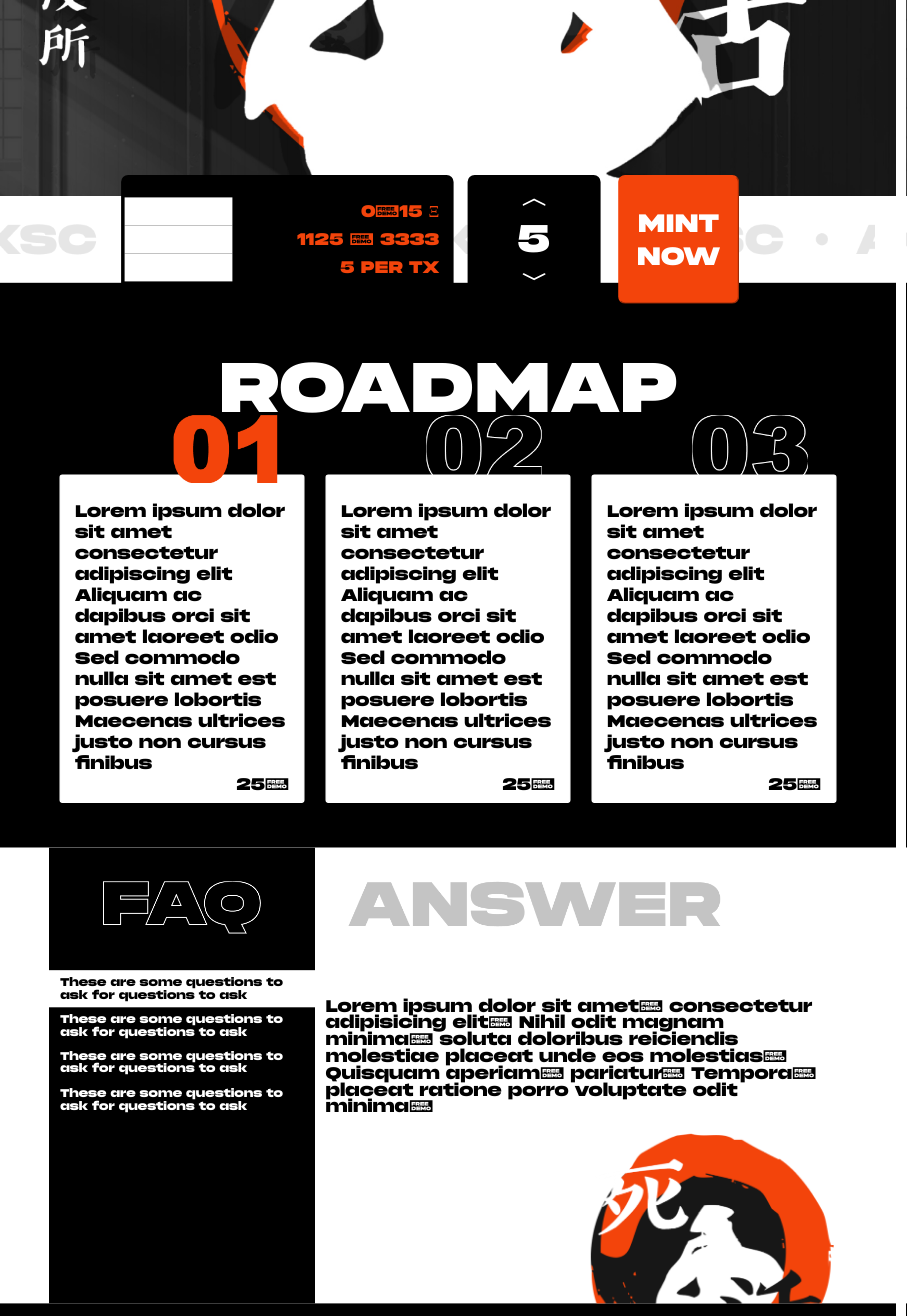
Repository: danishmahmoodawan/Sneakpeak
Page: /
The author's editor kept a copy of each file at every save. The page is drawn from the files as they stood at one save, then again after the next save.
The browser window is 1280 px wide. The page is 1295 px wide, so the pictures cover 1295 px, including what lies to the right of the window. The pictures show the part of the page from y = 490 to 2370 px (the page is 3252 px tall before and 3268 px after), at 70% of full size.
The project was rebuilt for these pictures with package versions that can differ from the ones it lists, and the page was loaded fresh each time.

Above is the page before, as saved 2022-02-28 22:20:21.

### public/index.html
<!DOCTYPE html>
<html lang="en">
  <head>
    <meta charset="utf-8" />
    <meta name="viewport" content="width=device-width, initial-scale=1" />
    <link rel="stylesheet" href="https://cdnjs.cloudflare.com/ajax/libs/twitter-bootstrap/4.6.0/css/bootstrap.min.css">
	<link rel="stylesheet" href="https://cdnjs.cloudflare.com/ajax/libs/font-awesome/5.15.4/css/all.min.css">
	<link rel="stylesheet" href="assets/css/style.css">
	<title>SneakPeak</title>
  </head>
  <body>
    <noscript>You need to enable JavaScript to run this app.</noscript>
    <div id="root"></div>
	<script src="https://cdnjs.cloudflare.com/ajax/libs/jquery/3.5.1/jquery.slim.min.js"></script>
	<script src="https://cdnjs.cloudflare.com/ajax/libs/popper.js/1.16.1/umd/popper.min.js"></script>
  <script src="https://cdnjs.cloudflare.com/ajax/libs/twitter-bootstrap/4.6.0/js/bootstrap.min.js"></script>
  <link rel="stylesheet" href="https://fonts.googleapis.com/css2?family=Inter:wght@100;200;300;400;500;600;700;800;900&display=swap"/>
  <link rel="stylesheet" href="https://fonts.googleapis.com/css2?family=VT323:wght@400&display=swap"/>
  </body>
</html>

### src/App.js
import Home from "./pages/Home";

function App() {
  return (
    <div>
      <Home />
    </div>
  );
}

export default App;

### src/pages/Home.js

import { useState, useEffect } from 'react';
function Home() {

  return (
   <>
 <section className="top_section">
            <div className="container">
                <div className="row">
                    <div className="col-12 text-center top_image">
                        <div className="social_div">
                            <img src="assets/images/ICON_INSTA24.png" alt="ICON_INSTA24" className="desktop_image"/>
                            <img src="assets/images/ICON_MEDIUM25.png" alt="ICON_MEDIUM25" className="desktop_image"/>
                            <img src="assets/images/ICON_OS26.png" alt="ICON_OS26" className="desktop_image"/>
                            <img src="assets/images/ICON_TWITTER27.png" alt="ICON_TWITTER27" className="desktop_image"/>
                            <img src="assets/images/ICON_DISCORD28.png" alt="ICON_DISCORD28" className="desktop_image"/>
                        </div>
                    </div>
                </div>
            </div>
        </section>
        <section className="first_section"></section>

        <section className="second_section">
            <div className="container">
                <div className="row d-flex align-items-center justify-content-center">
                    <div className="col-12 col-md-5 left_sec_col img_col">
                        <div className="row">
                          <div className="col-12 right_inner_sec_col row_set_whi">
                                <div className="row">
                                    <div className="col-4 col_white">
                                        <p>PRICE</p>
                                    </div>
                                    <div className="col-8 col_black">
                                        <p>0.15 Ξ</p>
                                    </div>
                                </div>
                                <div className="row">
                                    <div className="col-4 col_white">
                                        <p>TOTAL</p>
                                    </div>
                                    <div className="col-8 col_black">
                                        <p>1125 / 3333</p>
                                    </div>
                                </div>
                                <div className="row">
                                    <div className="col-4 col_white">
                                        <p>LIMIT</p>
                                    </div>
                                    <div className="col-8 col_black">
                                        <p>5 PER TX</p>
                                    </div>
                                </div>
                            </div>
                        </div>

                    </div>
                    <div className="col-12 col-md-2 left_sec_col text-center">
                        <div className="row"><div className="col-12 icon_size p-0"> <a href="#" target={{target:"_blank"}}> <svg xmlns="http://www.w3.org/2000/svg" width="50" height="40" fill="currentColor" className="bi bi-chevron-compact-up" viewBox="0 0 16 16">
  <path fill-rule="evenodd" d="M7.776 5.553a.5.5 0 0 1 .448 0l6 3a.5.5 0 1 1-.448.894L8 6.56 2.224 9.447a.5.5 0 1 1-.448-.894l6-3z"/>
</svg></a></div>
 </div>
                        <div className="row"><div className="col-12 icon_size p-0"><span class="counts"> 5 </span></div> </div>
                        <div className="row"><div className="col-12 icon_size p-0"><a href="#" target={{target:"_blank"}}> <svg xmlns="http://www.w3.org/2000/svg" width="50" height="40" fill="currentColor" className="bi bi-chevron-compact-down" viewBox="0 0 16 16">
  <path fill-rule="evenodd" d="M1.553 6.776a.5.5 0 0 1 .67-.223L8 9.44l5.776-2.888a.5.5 0 1 1 .448.894l-6 3a.5.5 0 0 1-.448 0l-6-3a.5.5 0 0 1-.223-.67z"/>
</svg></a></div>
 </div>
                    </div>
                    <div className="col-12 col-md-2 mintbtns right_col">
                    <button classname=" m-2">MINT <br /> NOW</button>
                    </div>
                </div>
            </div>
        </section>

        <section className="third_section roadmapSec">
            <div className="container">
                <div className="row third_row">
                <div className="col-12 "><h1>ROADMAP</h1></div>
                 </div>
                 <div className="row set_map">
                 <div className="col-sm-12 col-md-4">
                 <div className="btn map_one maptwo btn-primary position-relative">
             <p>    Lorem ipsum dolor sit amet consectetur adipiscing elit Aliquam ac dapibus orci sit amet laoreet odio Sed commodo nulla sit amet est posuere lobortis Maecenas ultrices justo non cursus finibus </p>
  <span class="position-absolute top-0 start-100 translate-middle badge rounded-pill set_ict">
  <img src="assets/images/01.png" alt="PREVIEW_Artboard321293" className="desktop122_image" />
  </span>
  <p className="text-right">25%</p>
</div>
                 </div>
                 <div className="col-sm-12 col-md-4">
                 <div className="btn map_one maptwo btn-primary position-relative">
             <p>    Lorem ipsum dolor sit amet consectetur adipiscing elit Aliquam ac dapibus orci sit amet laoreet odio Sed commodo nulla sit amet est posuere lobortis Maecenas ultrices justo non cursus finibus </p>
  <span class="position-absolute top-0 start-100 translate-middle badge rounded-pill set_ict">
  <img src="assets/images/02.png" alt="PREVIEW_Artboard321293" className="desktop122_image" />
  </span>
  <p className="text-right">25%</p>
</div>
                 </div>
                 <div className="col-sm-12 col-md-4">
                 <div className="btn map_one maptwo btn-primary position-relative">
             <p>    Lorem ipsum dolor sit amet consectetur adipiscing elit Aliquam ac dapibus orci sit amet laoreet odio Sed commodo nulla sit amet est posuere lobortis Maecenas ultrices justo non cursus finibus </p>
  <span class="position-absolute top-0 start-100 translate-middle badge rounded-pill set_ict">
  <img src="assets/images/03.png" alt="PREVIEW_Artboard321293" className="desktop122_image" />
  </span>
  <p className="text-right">25%</p>
</div>
                 </div>
                 </div>
             </div>
        </section>
        <section className="forth_section faq_container">
            <div className="container">
            <div className="row">
            <div className="col-4 faq_col p-5">
            <img src="assets/images/faq.png" alt="PREVIEW_Artboard321293" className="desktop122_image" />
</div>
            <div className="col-8 p-5">
            <img src="assets/images/answer.png" alt="PREVIEW_Artboard321293" className="desktop122_image" />
            </div>
            </div>



<div className="row">
<div className="col-md-4 bg_link faq_tabss p-0">

    <ul className="nav md-pills pills-secondary d-flex flex-column">
      <li className="nav-item">
        <a className="nav-link active" data-toggle="tab" href="#panel11" role="tab">These are some questions to ask for questions to ask</a>
      </li>
      <li className="nav-item">
        <a className="nav-link" data-toggle="tab" href="#panel12" role="tab">These are some questions to ask for questions to ask</a>
      </li>
      <li className="nav-item">
        <a className="nav-link" data-toggle="tab" href="#panel13" role="tab">These are some questions to ask for questions to ask</a>
      </li>
      <li className="nav-item">
        <a className="nav-link" data-toggle="tab" href="#panel14" role="tab">These are some questions to ask for questions to ask</a>
      </li>
    </ul>

  </div>
  <div className="col-md-8 logo_ns">

    <div className="tab-content pt-0">

      <div className="tab-pane fade in show active" id="panel11" role="tabpanel">
        <br />

        <p>Lorem ipsum dolor sit amet, consectetur adipisicing elit. Nihil odit magnam minima, soluta doloribus
          reiciendis molestiae placeat unde eos molestias. Quisquam aperiam, pariatur. Tempora, placeat ratione
          porro voluptate odit minima.</p>
          <img src="assets/images/logo_set.png" alt="LOGO" className="desktop122_image" />


      </div>
      <div className="tab-pane fade" id="panel12" role="tabpanel">
        <br />

        <p>Lorem ipsum dolor sit amet, consectetur adipisicing elit. Nihil odit magnam minima, soluta doloribus
          reiciendis molestiae placeat unde eos molestias. Quisquam aperiam, pariatur. Tempora, placeat ratione
          porro voluptate odit minima.</p>
        <p>Lorem ipsum dolor sit amet, consectetur adipisicing elit. Nihil odit magnam minima, soluta doloribus
          reiciendis molestiae placeat unde eos molestias. Quisquam aperiam, pariatur. Tempora, placeat ratione
          porro voluptate odit minima.</p>

      </div>
      <div className="tab-pane fade" id="panel13" role="tabpanel">
        <br />

        <p>Lorem ipsum dolor sit amet, consectetur adipisicing elit. Nihil odit magnam minima, soluta doloribus
          reiciendis molestiae placeat unde eos molestias. Quisquam aperiam, pariatur. Tempora, placeat ratione
          porro voluptate odit minima.</p>
          <img src="assets/images/logo_set.png" alt="LOGO" className="desktop122_image" />


      </div>
      <div className="tab-pane fade" id="panel14" role="tabpanel">
        <br />

        <p>Lorem ipsum dolor sit amet, consectetur adipisicing elit. Nihil odit magnam minima, soluta doloribus
          reiciendis molestiae placeat unde eos molestias. Quisquam aperiam, pariatur. Tempora, placeat ratione
          porro voluptate odit minima.</p>
        <p>Lorem ipsum dolor sit amet, consectetur adipisicing elit. Nihil odit magnam minima, soluta doloribus
          reiciendis molestiae placeat unde eos molestias. Quisquam aperiam, pariatur. Tempora, placeat ratione
          porro voluptate odit minima.</p>

      </div>


    </div>


</div>

</div>
</div>


        </section>

        <section className="fifth_section">
            <div className="container-fluid fifth_container">
            <div className="row"><div className="col-12">
                <h2 className="road_map">SNEAKPEEK</h2>
            </div></div></div>
        </section>
        <section className="six_section">
            <div className="container-fluid">
            <div className="row">
            <div className="col-4">
            <img src="assets/images/char_img.png" alt="char_img" className="desktop122_image" />
            </div>
            <div className="col-4">
            <img src="assets/images/char_img.png" alt="char_img" className="desktop122_image" />
            </div>
            <div className="col-4">
            <img src="assets/images/char_img.png" alt="char_img" className="desktop122_image" />
            </div>

            </div>
            </div>
        </section>
        <section>
        <div className="row">
            <div className="col-12">
            <div class="empty_div"> </div>
            </div>
            <div className="col-12">
            <div class="empty_divs"> </div>
            </div>
            </div>
        </section>
        <section className="section_seven">
        <div className="container">
        <div className="row">
            <div className="col-4 col_white ">
            <img src="assets/images/project_name.png" alt="char_img" className="desktop122_image" />
            </div>
            </div>
            </div>
        </section>

	</>
  );
}

export default Home;

### public/assets/css/style.css
html {
  font-family: Inter;
  font-size: 16px;
}
body{
  overflow-x: hidden;
}
@font-face {
  font-family: 'Phonk-cont';
  src: url('../fonts/Phonk-ContrastDEMO.ttf');
}
@font-face {
  font-family: 'Phonk-regular';
  src: url('../fonts/Phonk-ReguularDEMO.ttf');
}
body {
  font-weight: 400;
  font-style:normal;
  text-decoration: none;
  text-transform: none;
  letter-spacing: normal;
  line-height: 1.15;
  color: var(--dl-color-gray-black);
  background-color: var(--dl-color-gray-white);
}
p{
  margin-bottom: 0px;
  font-family: Phonk-cont;
  font-size: 24px;
  font-style: normal;
  font-weight: 400;
  line-height: 24px;
  letter-spacing: 0em;
  text-align: left;
  color:#FFF
}
h2{
  font-family: 'Phonk-cont';
  font-style: normal;
  font-weight: normal;
  font-size: 72px;
  line-height: 72px;
  color: #FFFFFF;
  text-align: center;
  margin-bottom: 0;
}
:root {
  --dl-color-gray-500: #595959;
  --dl-color-gray-700: #999999;
  --dl-color-gray-900: #D9D9D9;
  --dl-size-size-large: 144px;
  --dl-size-size-small: 48px;
  --dl-color-danger-300: #A22020;
  --dl-color-danger-500: #BF2626;
  --dl-color-danger-700: #E14747;
  --dl-color-gray-black: #000000;
  --dl-color-gray-white: #FFFFFF;
  --dl-size-size-medium: 96px;
  --dl-size-size-xlarge: 192px;
  --dl-size-size-xsmall: 16px;
  --dl-space-space-unit: 16px;
  --dl-color-primary-100: #003EB3;
  --dl-color-primary-300: #0074F0;
  --dl-color-primary-500: #14A9FF;
  --dl-color-primary-700: #85DCFF;
  --dl-color-success-300: #199033;
  --dl-color-success-500: #32A94C;
  --dl-color-success-700: #4CC366;
  --dl-size-size-xxlarge: 288px;
  --dl-size-size-maxwidth: 1400px;
  --dl-radius-radius-round: 50%;
  --dl-space-space-halfunit: 8px;
  --dl-space-space-sixunits: 96px;
  --dl-space-space-twounits: 32px;
  --dl-radius-radius-radius2: 2px;
  --dl-radius-radius-radius4: 4px;
  --dl-radius-radius-radius8: 8px;
  --dl-space-space-fiveunits: 80px;
  --dl-space-space-fourunits: 64px;
  --dl-space-space-threeunits: 48px;
  --dl-space-space-oneandhalfunits: 24px;
}

.desktop122_image{
  width: 100%;
}
/* css start */
.top_section{
  background-color: #222222;
  padding: 10px;
}
.empty_div{
height: 30px;
background: #000;
}
.empty_divs{
height: 30px;
background: white;
}
.section_seven{
background:#E5E5E5;
padding-bottom: 40px;
}
.col_white{
background: white;
}
.col_white img{
  margin-top: -15px;
}
.top_content .button{
  font-family: VT323;
  font-style: normal;
  font-weight: normal;
  font-size: 16px;
  line-height: 16px;
  color: #222222;
}
.first_section{
  background-image: url('images/banner_home.png');
  background-repeat: no-repeat;
  background-size: cover;
  height: 100vh;
  background-position: center;
}
.second_section{
  background-image: url('images/aksc.png');
    background-repeat: no-repeat;
    background-size: inherit;
    background-position: center;
    margin: -30px;
    width: 100%;
}
.third_row h1{
  font-family: Phonk-cont;
  font-style: normal;
  font-weight: 600;
  font-size: 100px;
  text-align: center;
  color: white;
}
.col_white p{
  color: #fff;
  padding: 8px 0;
  text-align: center;
}

.col_black p{
  color: #F3440B;
  padding: 8px 0;
  text-align: right;
}
.img_col{
  padding: 32px 20px !important;
}
.mintbtns button{
  background: #F3440B;
border-radius: 10px;
color: white;
padding: 44px 25px;
font-family: Phonk-cont;
font-weight: 600;
font-size: 36px;
line-height: 46px;
border-color: #F3440B;
}
.mintbtns button:hover{
  background: #bc350a;
}
.counts{
  font-family: Phonk-cont;
  font-style: normal;
  font-weight: 600;
  font-size: 55px;
  color: white;
}
.icon_size{
color: white;
}
.icon_size a{
  color: white;
}
.icon_size a:hover{
  color: #F3440B;
}
.second_section .row{
  align-items: center;
}
.left_sec_col{
  background-color: #000;
  padding: 20px 15px;
  border-radius: 10px;
  margin-left: 10px;
  margin-right: 10px;
}
.second_section .right_sec_col p{
  padding-left: 30px;
}
.pluss_minus_row{
  padding: 40px;
}
.second_section a.button{
  background: linear-gradient(90.9deg, #35A9AD 0%, #9D4DB1 100%);
  color: #FFF;
  font-family: VT323;
  display: block;
  text-decoration: none;
  max-width: 370px;
  margin: 0 auto;
  margin-top: 30px;
  cursor: pointer;
}
.map_one{
  background: #444444;
  border: 2px solid #FFFFFF;
box-sizing: border-box;
padding: 35px 20px 10px 20px;
margin-top: 16%;
}
.roadmapSec{
padding: 5% 0;
}
.maptwo{
  background: white;
}
.maptwo p{
  color: #000;
}
.forth_section img{
width: 80%;
}
.map_one p{
  line-height: 30px;
}
.maptwo .badge{
top: -118px !important;
}
.maptwo img{
  width: 82%;
}
.map_one .badge{
  top: -90px;
  right: -19px;

}
.set_ict{
  font-family: Phonk-cont;
  font-style: normal;
  font-weight: 600;
  font-size: 100px;
  text-align: center;
  color: white;
}
.map_one:hover{
  background: #444444;
  border: 2px solid #FFFFFF;
}
.maptwo:hover{
  background: white;
}
.map_one:active, .map_one:focus{
  background-color: #444444 !important;
  box-shadow: none !important;
  border-color: #fff !important;
}
.map_two:active, .map_two:focus{
  background-color: white !important;
  box-shadow: none !important;
  border-color: #fff !important;
}
.map_one:not(:disabled):not(.disabled){
  cursor: auto;
}
p.sol{
  color: rgba(34, 34, 34, 0.5);
  text-align: center;
  padding-top: 8px;
}
.third_section{
  background-color: black;
  padding-top: 7%;
}
.faq_container{
  background: white;
}
.faq_container h2{
  padding: 0 30px;

}
.faq_col{
background: black;
display: block;
text-align: center;
}
.bg_link{
  background: black;
}

.forth_left_col{
  background-color: #222222;
}
.forth_section p{
  margin: 20px 0;
  color: black;
}
.logo_ns img{
width: 50%;
float: right;
}
.forth_left_col p{
  background-color: #111111;
  color: #FFF;
  padding: 10px 20px;
}
.forth_right_col{
  padding-left: 100px;
}
.forth_right_col p{
  color: #111111;
}
.fifth_section{
  background: black;
  padding: 50px 0;
}
.fifth_section .container:not(:last-child) {
  background: #C4C4C4;
  max-width: 900px;
  margin: 0 auto;
  padding: 50px 30px 100px;
}

.fifth_section h2.road_map{
  font-size: 120px;
  line-height: 60px;
color:black;
text-align: left;
}
.fifth_section p{
  color: #111111;
}
.fifth_container{
background: #F3440B;
padding: 20px;
}
.six_section{
background: #2f4773;
}
.fifth_left_col{
  background-color: #FFF;
  border-right: 8px solid rgba(17, 17, 17, 0.5);
  border-bottom: 8px solid rgba(17, 17, 17, 0.5);
}
.fifth_left_col h2{
  font-size: 100px;
  line-height: 100px;
  color: #000000;
  padding: 20px;
}
.fifth_last_row .fifth_left_col{
  background: linear-gradient(90.9deg, #35A9AD 0%, #9D4DB1 100%);
  border-right: 8px solid rgba(255, 255, 255, 0.5);
  border-bottom: 8px solid rgba(255, 255, 255, 0.5);
}
.fifth_last_row .fifth_left_col h2{
  color: #FFF;
}
.logo_container{
  background-color: #FFF;
}
/* FAQ Start */
.faq_tabss a{
color: white;
font-family: Phonk-cont;
}
.faq_tabss .active{
background: white;
color: black;
}
/* FAQ STart */
/* media query */
@media only screen and (min-width: 1025px) {

}
@media only screen and (max-width: 1024px) and (min-width: 992px) {

  .first_section{
    height: 26vh;
    background-size: contain;
  }
  .right_third_col{
    background-size: cover;
  }
}

@media only screen and (max-width: 992px) and (min-width: 768px) {
  .first_section{
    height: 26vh;
  }
  .pluss_minus_row{
    padding: 25px;
  }
  .col_white p ,.col_black p{
    font-size: 18px;
  }
  .right_third_col{
    background-size: cover;
  }
}
@media only screen and (max-width: 767px) {
  h2{
    font-size: 36px;
    line-height: 42px;
  }

  .first_section {
    background-size: contain;
    height: 160px;
  }
  .top_section .col-6{
padding: 0;
  }
  .right_sec_col{
    padding-top: 30px;
  }
  .second_section p{
    padding: 0 25px;
    text-align: center;
  }
  .row_set_whi{
    margin: 10px -25px;
  }
  .footer_row .col_ew{
display: none;
  }
  .faq_container{
    padding: 35px 0 30px;
  }
  .right_third_col .container{
    position: initial
  }
  .right_third_col .container .row{
    margin-top: 20px;
  }
  .right_third_col a{
    margin-bottom: 10px;
  }
  .forth_right_col{
    padding: 0 15px ;
  }
  .forth_section{
    padding-bottom: 40px;
  }
  .fifth_section p{
    margin-top: 20px;
  }
  .fifth_section .container:not(:last-child){
    padding-bottom: 40px;
  }
  body, html{
    overflow-x: hidden;
  }
}

@media only screen and (max-width: 767px) and (min-width: 540px) {
  .first_section{
    height: 33vh;
    background-size: contain;
  }
}

Loaded but not shown: src/index.js (common file); src/index.css (common file); src/reportWebVitals.js (common file)

After the next save:
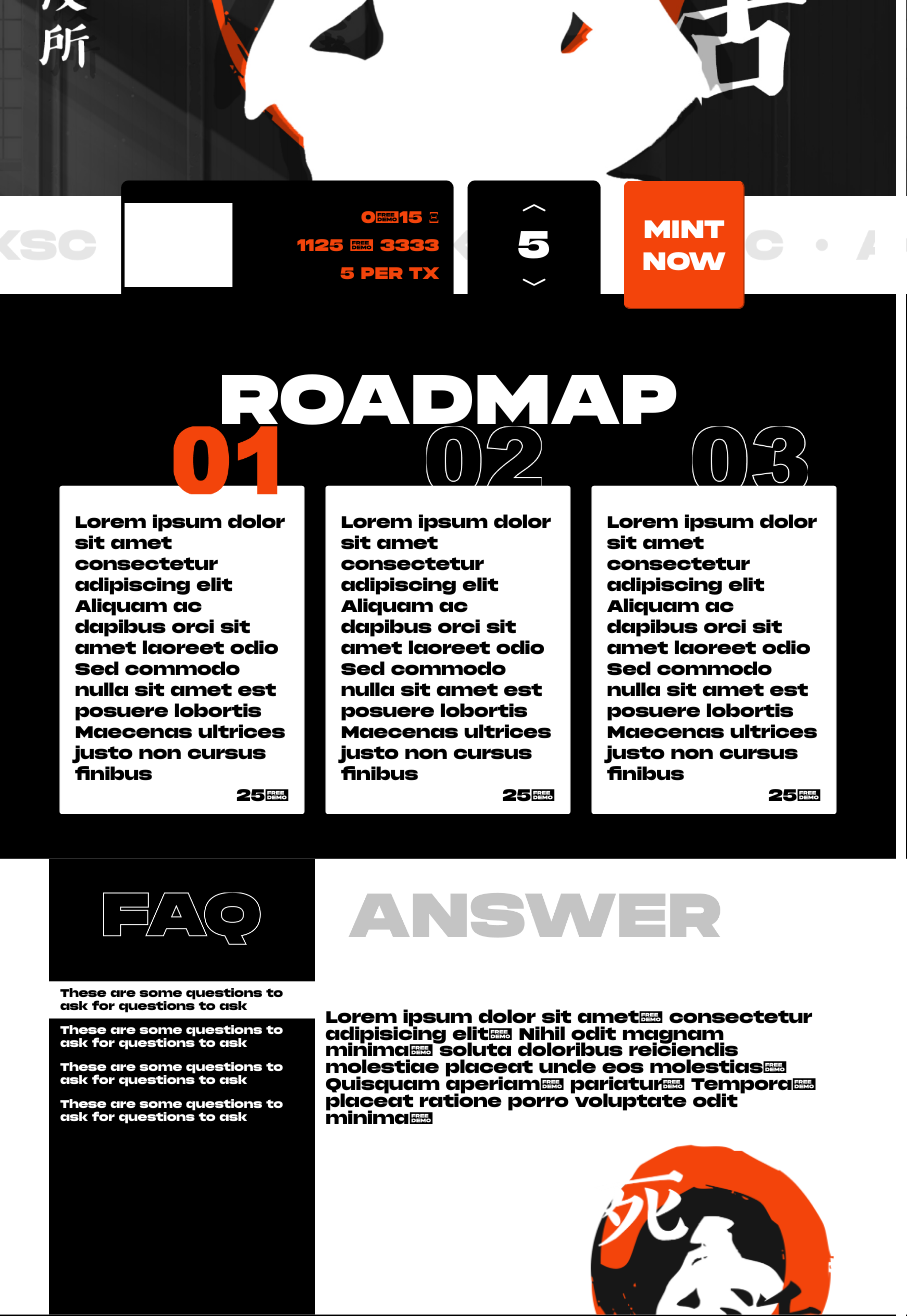
Saved 33 s later.
--- a/src/pages/Home.js
+++ b/src/pages/Home.js
@@ -67,7 +67,7 @@ function Home() {
  </div>
                     </div>
                     <div className="col-12 col-md-2 mintbtns right_col">
-                    <button classname=" m-2">MINT <br /> NOW</button>
+                    <button className=" m-2">MINT <br /> NOW</button>
                     </div>
                 </div>
             </div>
